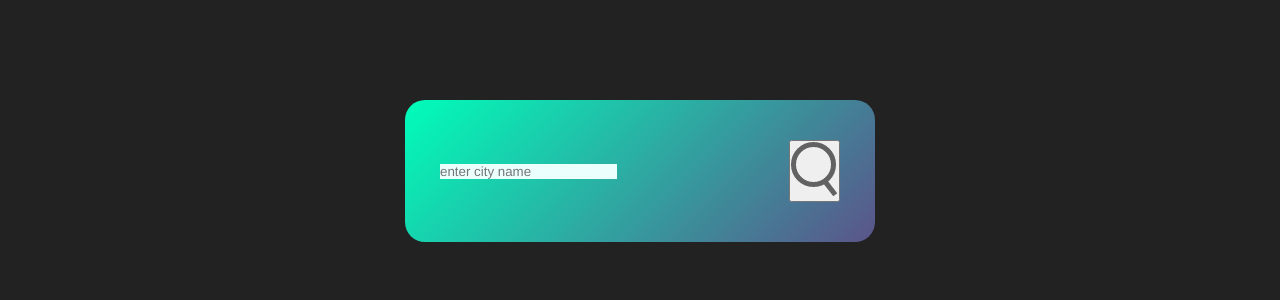
Repository: sodmaq/weatherApp
Page: index.html
An editor plug-in stored every save of this project. The page is shown before and after the next save, followed by the edit.
The browser window is 1280 px wide. The pictures show the whole page.

Above is the page before, as saved 2023-06-24 22:05:02.

After the next save:
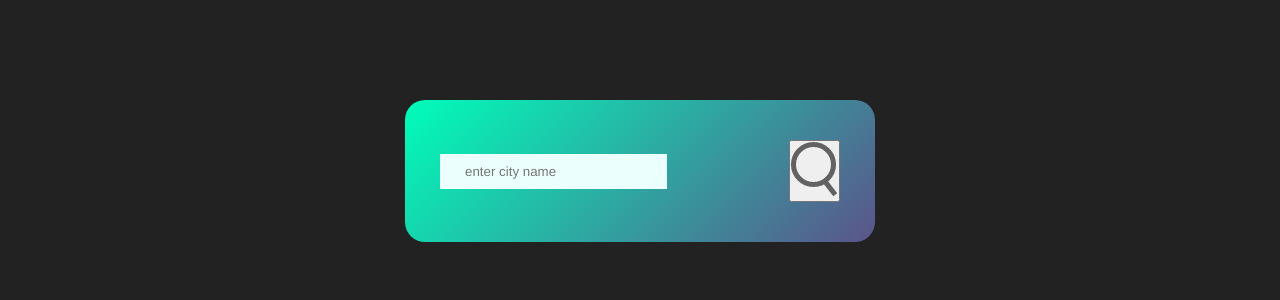
Saved 4 s later.
--- a/style.css
+++ b/style.css
@@ -30,5 +30,5 @@ body {
     outline: 0;
     background: #ebfffc;
     color: #555;
-    padding: 10px 2;
+    padding: 10px 25px;
 }
